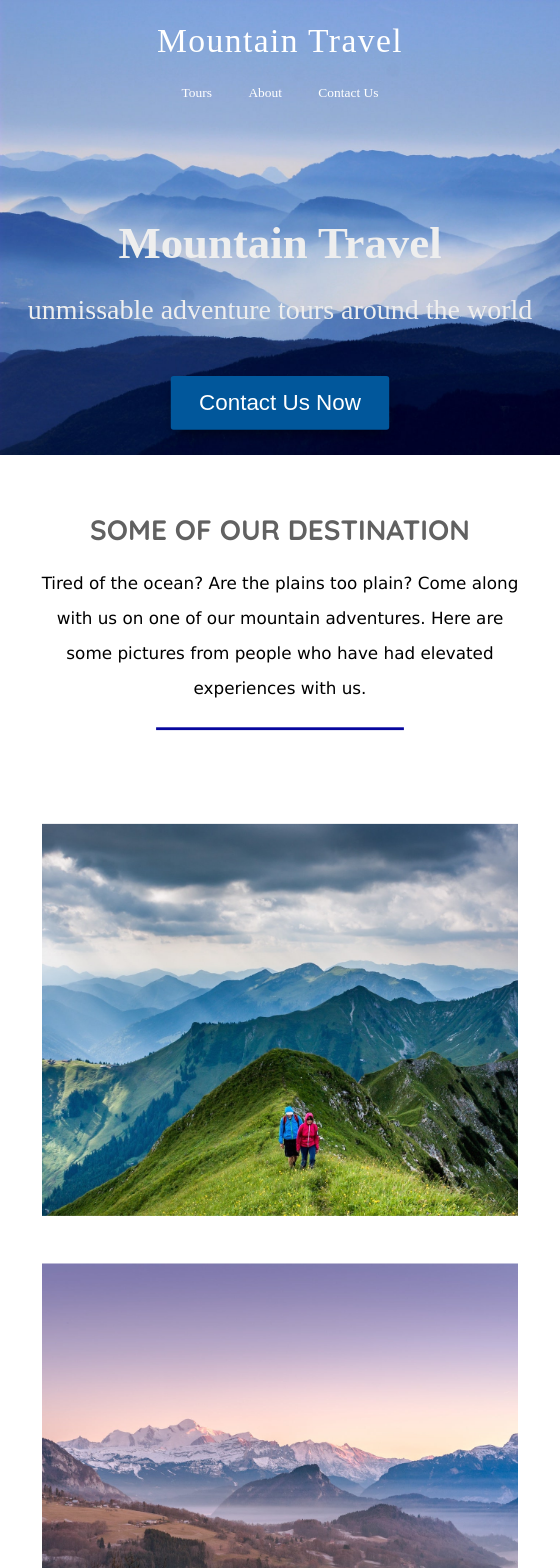
Repository: Einsteiniumeinsteinian/Advanced-CSS
Page: css-project-starter-code/index.html
These files come from the project's save history. The page is drawn as it stood at one moment and after the next save; the edit follows.
The browser window is 768 px wide. The page is 800 px wide, so the pictures cover 800 px, including what lies to the right of the window. The pictures show the part of the page from y = 0 to 2240 px (the page is 9161 px tall before and 9118 px after), at 70% of full size.
Some web libraries are served in a nearby version.

Above is the page before, as saved 2021-09-02 14:33:42.

After the next save:
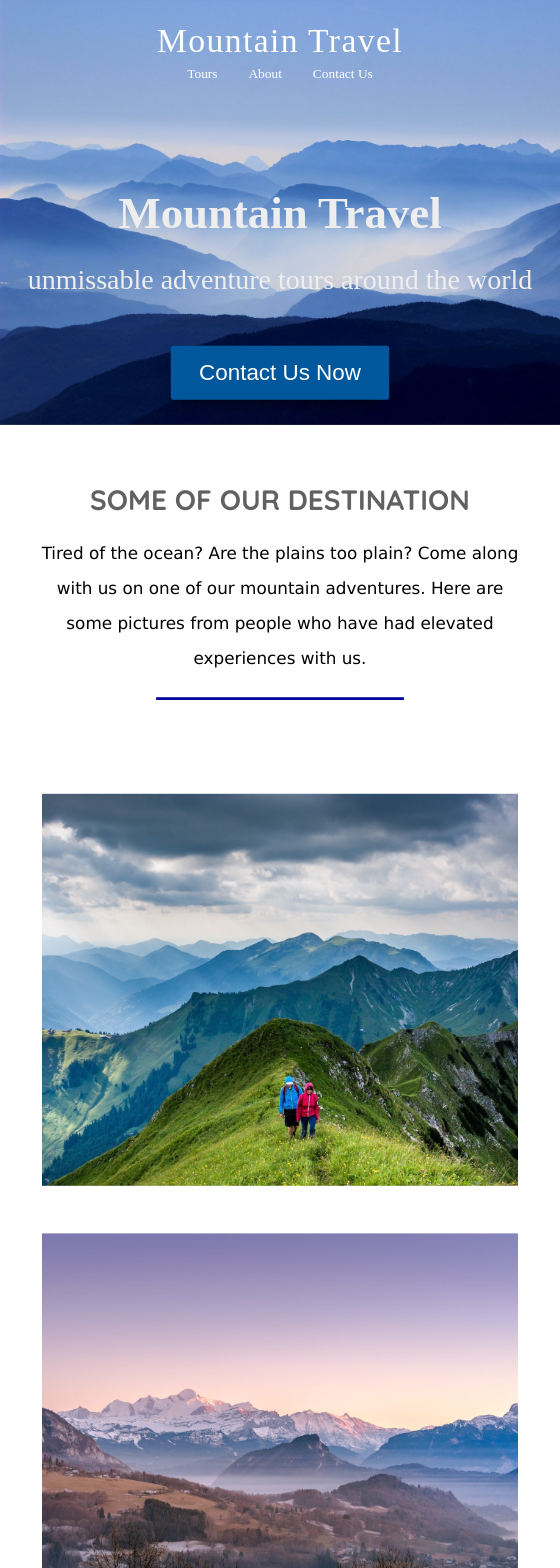
Saved 4 s later.
--- a/css-project-starter-code/assets/css/styles.css
+++ b/css-project-starter-code/assets/css/styles.css
@@ -56,10 +56,6 @@ nav > a{
     }
 
     nav > a{
-        margin-bottom: 10px;
-               font-size: 3rem;
-    }
-        nav > span{
         margin-bottom: 10px;
                font-size: 3rem;
     }
